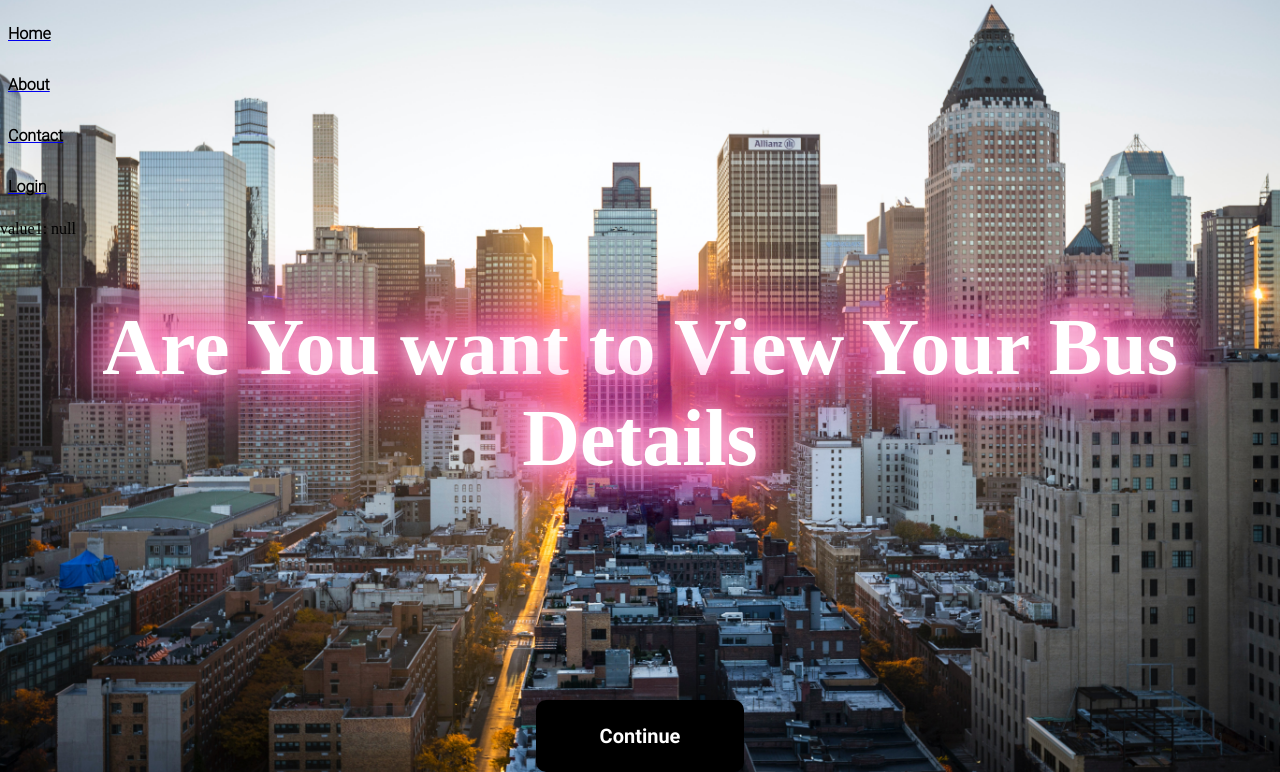
Repository: Savindushehan/RouteMaster-Group-project
Page: http://localhost/RouterMaster/BeforeTicket.jsp
The author's editor kept a copy of each file at every save. The page is drawn from the files as they stood at one save, then again after the next save.
The browser window is 1280 px wide. The pictures show the whole page.
The page is served by Tomcat 10. Other server files are loaded and not shown. The template is opened directly, without the code that normally fills it, so the values that code supplies are empty.

Above is the page before, as saved 2023-10-23 09:02:55.

### RouteMaster/RouterMaster/src/main/webapp/BeforeTicket.jsp
<%@ page language="java" contentType="text/html; charset=UTF-8" pageEncoding="UTF-8"%>
<%@ taglib prefix="c" uri="http://java.sun.com/jsp/jstl/core" %>
<!DOCTYPE html>
<html>
<head>
<meta charset="UTF-8">
<title>Insert title here</title>
<style>
  @font-face {
        font-family: 'Roboto-Light'; /* Font family name */
        src: url('Fonts/Roboto-Light.ttf') format('truetype'); /* URL to your font file */
        font-weight: normal;
        font-style: italic;
        }
        @font-face {
        font-family: 'Raleway-Light'; /* Font family name */
        src: url('Fonts/Raleway-Light.ttf') format('truetype'); /* URL to your font file */
        font-weight: normal;
        font-style: italic;
        }
        @font-face {
        font-family: 'Roboto-Bold'; /* Font family name */
        src: url('Fonts/Roboto-Bold.ttf') format('truetype'); /* URL to your font file */
        font-weight: normal;
        font-style: italic;
        }
        :root{
            --div-color1:#000000;
            --div-color2:#272702;
            --div-color3:#07FAFA;
            --div-color4:#FFFFFF;
        }
         header h3{
            color: var(--div-color1);
            font-size:1rem;
            margin-right: 3rem;
            cursor: grab;
            padding: 0.5rem;
            border-radius: 0.5rem;
            outline: none;
            font-family: 'Roboto-Light';
        }
  body{
            margin: 0;
            padding: 0;
			background-image: url('Images/back2.jpg');
            background-size: cover;
            background-repeat: no-repeat;
            background-position: center;
            height: 100vh;

        }
	    form{
	    width:100%;
	    margin-left:auto;
	    margin-right:auto;
	     text-align: center;
	     margin-top:30vh;
	    }
      h1 {
         margin-top: 4rem;
        font-size: 80px;
        color:var(--div-color4);
        text-align: center;
        -webkit-animation: glow 1s ease-in-out infinite alternate;
        -moz-animation: glow 1s ease-in-out infinite alternate;
        animation: glow 1s ease-in-out infinite alternate;
        }

        @-webkit-keyframes glow {
        from {
            text-shadow: 0 0 10px #fff, 0 0 20px #fff, 0 0 30px #e60073, 0 0 40px #e60073, 0 0 50px #e60073, 0 0 60px #e60073, 0 0 70px #e60073;
        }
        to {
            text-shadow: 0 0 20px #fff, 0 0 30px #ff4da6, 0 0 40px #ff4da6, 0 0 50px #ff4da6, 0 0 60px #ff4da6, 0 0 70px #ff4da6, 0 0 80px #ff4da6;
        }
        }
         button{
          text-align: center;
          padding-left: 4rem;
          padding-right: 4rem;
          padding-top: 1.5rem;
          padding-bottom: 1.5rem;
          border-radius: 10px;
          font-family: 'Roboto-Bold';
          background-color: var(--div-color1);
          color: var(--div-color4);
          border: none;
          outline: none;
          cursor: pointer;
           font-size: 20px;
        }

</style>
</head>
<body>
<header>
        <div class="head">
           <a href="Home.jsp"><h3 id="m1">Home</h3></a>
           <a href="AboutUs.jsp"><h3 id="m2">About</h3></a>
            <a href="ContactUS.jsp"><h3 id="m3">Contact</h3></a>
           <a href="login.jsp"><h3 id="m4">Login</h3></a>
        </div>
    </header>

<%
String value1 = (String) request.getAttribute("attr3");
%>
<p>value1: <%= value1 %></p>
<h1>Are You want to View Your Bus Details</h1>


<form action="NewBookingServlet" method="GET">
   <input type="hidden" name="RIDnew" value="<%= value1 %>">

<button id="btn1" name="before">Continue</button>

</form>
 <script>

        var M1=document.getElementById("m1");
        var M2=document.getElementById("m2");
        var M3=document.getElementById("m3");
        var M4=document.getElementById("m4");
        var BTN=document.getElementById("btn1");

        M1.onmousemove=function(){
          M1.style.backgroundColor="var(--div-color3)";
          M1.style.color="var(--div-color4)";
        }
        M1.onmouseout=function(){
          M1.style.backgroundColor="";
          M1.style.color="var(--div-color1)";
        }
        M2.onmousemove=function(){
          M2.style.backgroundColor="var(--div-color3)";
          M2.style.color="var(--div-color4)";
        }
        M2.onmouseout=function(){
          M2.style.backgroundColor="";
          M2.style.color="var(--div-color1)";
        }
        M3.onmousemove=function(){
          M3.style.backgroundColor="var(--div-color3)";
          M3.style.color="var(--div-color4)";
        }
        M3.onmouseout=function(){
          M3.style.backgroundColor="";
          M3.style.color="var(--div-color1)";
        }
        M4.onmousemove=function(){
          M4.style.backgroundColor="var(--div-color3)";
          M4.style.color="var(--div-color4)";
        }
        M4.onmouseout=function(){
          M4.style.backgroundColor="";
          M4.style.color="var(--div-color1)";
        }
        /* Above javascript code must include all tha page.don't change the code.*/
        BTN.onmousemove=function(){
          BTN.style.color="var(--div-color1)";
          BTN.style.backgroundColor="var(--div-color4)";
        }
        BTN.onmouseout=function(){
          BTN.style.color="var(--div-color4)";
          BTN.style.backgroundColor="var(--div-color1)";
        }
       </script>
</body>
</html>

After the next save:
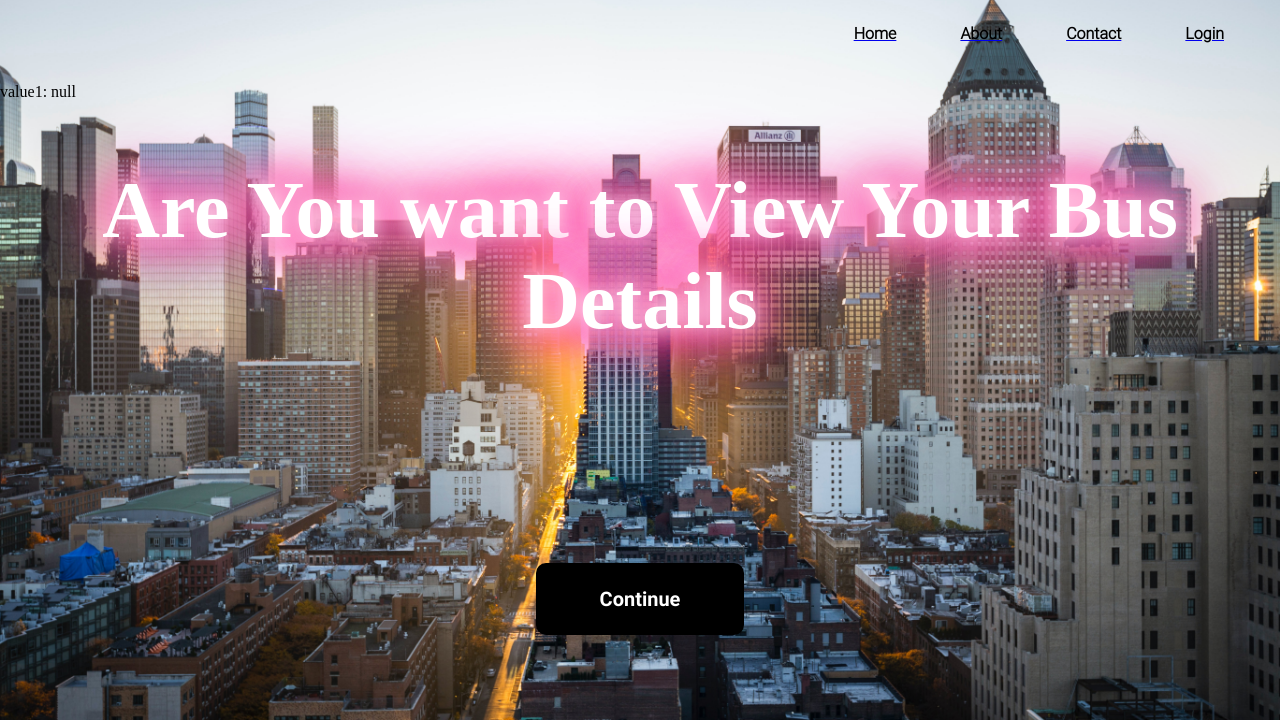
Saved 20 s later.
--- a/RouteMaster/RouterMaster/src/main/webapp/BeforeTicket.jsp
+++ b/RouteMaster/RouterMaster/src/main/webapp/BeforeTicket.jsp
@@ -29,6 +29,11 @@
             --div-color2:#272702;
             --div-color3:#07FAFA;
             --div-color4:#FFFFFF;
+        }
+          .head{
+            display: flex;
+            flex-direction: row;
+            justify-content: right;
         }
          header h3{
             color: var(--div-color1);
